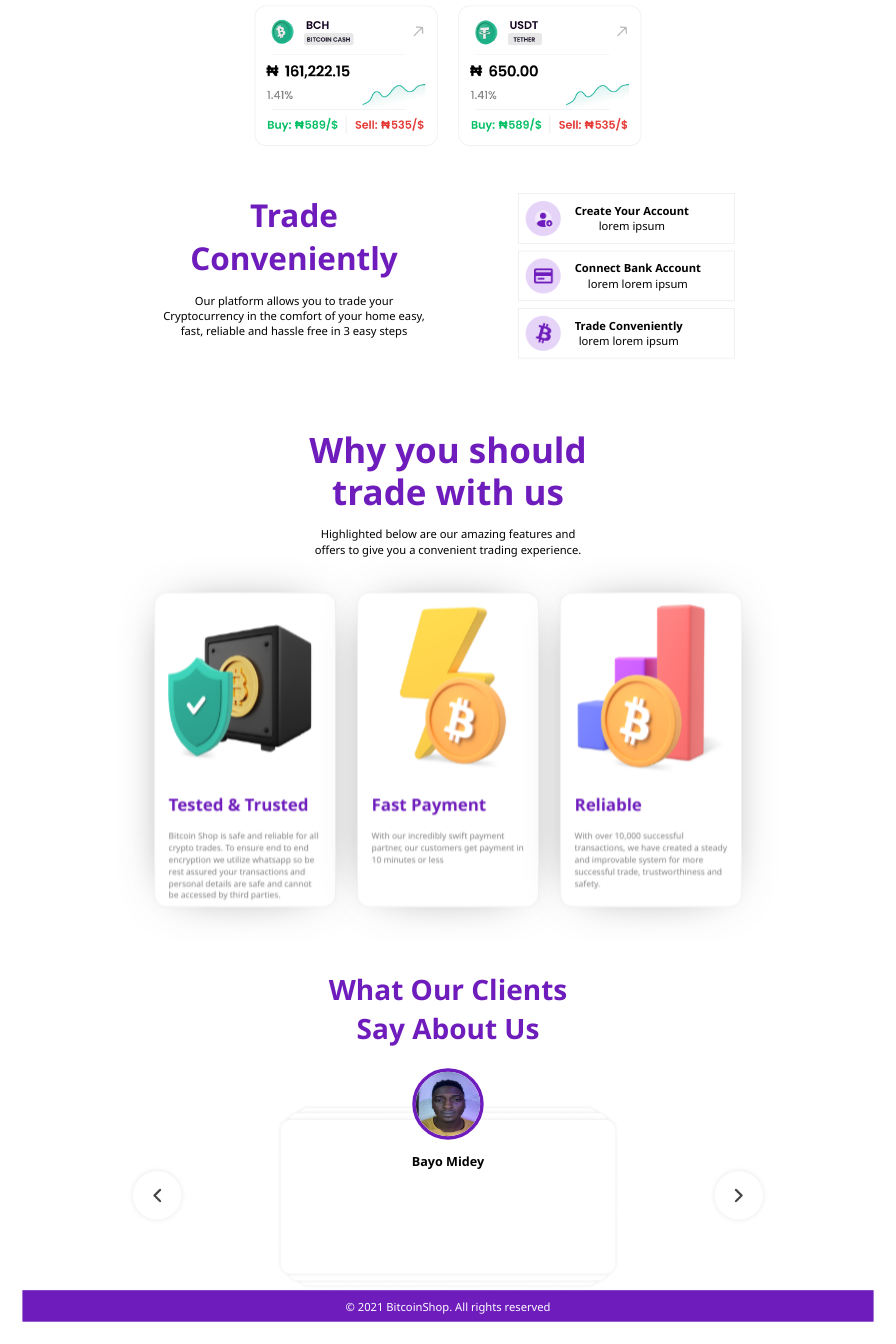
Repository: akinmiday/bitcoinshop-website
Page: /
These files come from the project's save history. The page is drawn as it stood at one moment and after the next save; the edit follows.
The browser window is 1280 px wide. The pictures show the part of the page from y = 823 to 2743 px (the page is 2743 px tall), at 70% of full size.
The project was rebuilt for these pictures with package versions that can differ from the ones it lists, and the page was loaded fresh each time. Also part of the build but not shown: vite.config.js.

Above is the page before, as saved 2023-07-10 20:45:06.

### src/App.jsx
import React from 'react'
import { Route, createBrowserRouter, RouterProvider, createRoutesFromElements } from "react-router-dom"
import './App.css'
import Layout from './components/layout'
import TitlePage from './pages/title'
import Rates from './pages/rates'



const router = createBrowserRouter(createRoutesFromElements(
  <Route path='/' element={<Layout />} >
    <Route index element={<TitlePage />} />
    <Route element={<Rates />} />

  </Route>
))

function App() {

  return (
    <RouterProvider router={router} />
  )
}

export default App

### src/index.css
*{
    margin: 0;
    padding: 0;
    box-sizing: border-box;
    font-family: 'Segoe UI', Tahoma, Geneva, Verdana, sans-serif ;
}

.header{
    display: flex;
    color:#6E1CBC;
    display: flex;
    align-items: center;
    border-bottom: #EAEAEA solid 1px;
    height: 60px;
    flex-shrink: 0;
    justify-content: space-between;
    padding: 20px;
}


.right-side-header{
    display: flex;
    align-items: center;
    font-weight: 500;
}

.right-side-header > img{
    padding: 10px;
    height: 44px;

}

.shop-logo{
    color:#FFCC00 ;
}


.middle-section-header {
    display: flex;
    justify-content: center;
    align-items: center;
    gap: 20px;
}

.right-side-header >button {
    background-color: #6E1CBC;
    color: #ffffff;
    padding: 5px 10px;
    border-radius: 8px;
}

.footer{
    background-color: #6E1CBC;
    color: #ffffff;
    display: flex;
    justify-content: center;
    align-items: center;
    margin-top: auto;
    flex-shrink: 0;
    height: 45px;
}

.title-section{
    display: flex;
    padding: 30px;
    height: 400px;
    justify-content: space-around;

}



.left-side-title{
    width: 450px;
    padding: 20px;
}

.left-side-title > h1{
    color: #6E1CBC;
    font-size: 62px;
    font-style: normal;
    font-weight: 700;
    line-height: 78px;


}

.left-side-title > p{
    font-size: 18px;
    padding: 20px 0;
}

.left-side-title >button{
    color: #ffffff;
    background-color: #6E1CBC;
    padding: 5px 10px;
    border-radius: 7px;
    text-align: center;
}

.rates-section{
    color: #6E1CBC;
    text-align: center;
    font-size: 26px;
}

.rates-section h1 {
    padding: 20px;
}

.rates-section img{
    height: 200px;
}


.top-row-rates-section {
    display: flex;
    justify-content: center;
    margin-bottom: 20px;
    gap: 30px;
  }

  .bottom-row-rates-section {
    display: flex;
    justify-content: center;
    gap: 30px;
  }

  .trade-section{
    margin-top: 30px;
    display: flex;
    justify-content: center;
    align-items: flex-start;
    gap: 110px;
    flex-shrink: 0;
    padding: 20px;
  }

  .left-trade-section{
    width: 400px;

  }

  .left-trade-section h1 {
    color: #6E1CBC;
    font-size: 45px;
    padding: 10px;
  }

  .left-trade-section p{
    padding: 10px;
  }

  .trade-link-section >div{
    display: flex;
    align-items: center;
    width: 310px;
    padding: 10px;
    margin: 10px;
    border: #EAEAEA 1px solid;
  }

  .trade-link-section > div >img{
    height: 50px;
    margin-right: 20px;
  }
  .trade-with-us{
    text-align: center;

    margin-top: 50px;
  }

  .trade-with-us-heading > h1{
    color: #6E1CBC;
    font-size: 50px;
    line-height: 60px;
    padding: 20px;
  }

  .trade-with-us-icon-section{
    display: flex;
    margin-top: 20px;
    padding-top: 30px;
    gap: 30px;
    justify-content: center;
    align-items: center;
    padding-bottom: 20px;
  }

  .trade-with-us-icon-section >div{
    border-radius: 18px;
    border: 1px solid #EAEAEA;
    background: #FFF;
    backdrop-filter: blur(100px);
    width: 260px;
    height: 450px;
    text-align: left;
    box-shadow: -2px 0px 74px -36px rgba(0,0,0,0.71);
    -webkit-box-shadow: -2px 0px 74px -36px rgba(0,0,0,0.71);
    -moz-box-shadow: -2px 0px 74px -36px rgba(0,0,0,0.71);
  }

  .trade-with-us-icon-section div >h2{
    color: #6E1CBC;
    padding: 20px;
  }

  .trade-with-us-icon-section div >p{
    padding: 0 20px;
    font-size: 12px;
    color: #808080;
  }

  .trade-with-us-icon-section img {
    width: 250px;
    height: 250px;
    margin-top: 10px;
  }

  .carousel-area{
    display: flex;
    align-items: center;
    justify-content: center;
    gap: 20px;
    margin-top: 60px;
  }

  .review-section{
    text-align: center;
    margin-top: 50px;
    color: #6E1CBC;
  }

  .review-section h1{
    font-size: 40px;
    padding: 20px;
  }

  .review-card{
    width: 70%;
    position: relative;
    align-items: center;


  }

  .review-card-area {
    position: relative;
    display: flex;
    align-items: center;
    justify-content: center;

  }

  .review-card-area h2{
    position: absolute;
    color: black;
    font-size: 18px;
    top: 70px;

  }

  .review-image{
    border-radius: 102px;
    border: 5px solid #6E1CBC;
    background: url(<path-to-image>), lightgray 50% / cover no-repeat, #C4C4C4;
    width: 102px;
    height: 102px;
    flex-shrink: 0;
    position: absolute;
    top: -50px;

  }

### src/components/layout.jsx
import React from "react";
import { Outlet } from "react-router-dom";
import Header from "./header";
import Footer from "./footer";
import Rates from "../pages/rates";


export default function Layout() {
    return (<>
        <Header />
        <main>
            <Outlet />
        </main>
        <Footer />
    </>)
}

### src/pages/title.jsx
import React from "react";
import groupIcons from "../assets/Group-icons-title.png"
import Rates from "./rates";
import TradeSection from "./tradeSection";
import TradeWithUs from "./tradewithus";
import Reviews from "./reviews";

export default function TitlePage() {
    return (<>
        <div className="title-section" >
            <div className="left-side-title" >
                <h1>Trade your Cryptocurrency</h1>
                <p>Best and reliable platform to trade over 100 cryptocurrencies for your local Fiat</p>
                <button>Get Started</button>
            </div>
            <img src={groupIcons} />
        </div>
        <Rates />
        <TradeSection />
        <TradeWithUs />
        <Reviews />
    </>
    )
}

### src/pages/rates.jsx
import React from "react";
import btcTrend from "../assets/bitcoin-trend-Item.png"
import ethTrend from "../assets/ETH-Trend-Item.png"
import bnbTrend from "../assets/BNB-Trend-Item.png"
import bchTrend from "../assets/BCH-Trend-Item.png"
import usdtTrend from "../assets/USDT-Trend-Item.png"

export default function Rates() {
    return (
        <div className="rates-section">
            <h1>We Offer Superb Rates</h1>
            <div className="top-row-rates-section">
                <div><img src={btcTrend} /></div>
                <div><img src={ethTrend} /></div>
                <div><img src={bnbTrend} /></div>
            </div>
            <div className="bottom-row-rates-section">
                <div><img src={bchTrend} /></div>
                <div><img src={usdtTrend} /></div>
            </div>
        </div>
    );
}

### src/components/header.jsx
import React from "react";
import logoImg from "../assets/bitcoinshop-logo.png"
import lightIcon from "../assets/Light-icon.png"


export default function Header() {
    return (<div className="header" >
        <div className="right-side-header" ><img src={logoImg} />
            <h4>Bitcoin<span className="shop-logo" >Shop</span></h4>
        </div>
        <div className="middle-section-header" >
            <h4>Home</h4>
            <h4>Contact us</h4>
            <h4>About us</h4>
            <h4>FAQs</h4>
            <h4>Terms of Service</h4>
        </div>
        <div className="right-side-header" >
            <img src={lightIcon} />
            <button>Trade now</button>
        </div>


    </div>)
}

### src/components/footer.jsx
import React from "react";

export default function Footer() {
    return (<>
        <div className="footer" >&#169; 2021 BitcoinShop. All rights reserved</div>
    </>)
}

### src/pages/tradeSection.jsx
import React from "react";
import profileIcon from "../assets/profile-icon.png"
import debitCardIcon from "../assets/debit-card-icon.png"
import bitcoinIcon from "../assets/bitcoin-icon.png"

export default function TradeSection() {
    return (
        <div className="trade-section">
            <div className="left-trade-section" >
                <h1>Trade Conveniently</h1>
                <p>Our platform allows you to trade your Cryptocurrency in the comfort of your home
                    easy, fast, reliable and hassle free in 3 easy steps
                </p>
            </div>
            <div className="trade-link-section" >
                <div>
                    <img src={profileIcon} />
                    <div>
                        <h4>Create Your Account</h4>
                        <p>
                            lorem ipsum
                        </p>
                    </div>
                </div>

                <div>
                    <img src={debitCardIcon} />
                    <div>
                        <h4>Connect Bank Account</h4>
                        <p>
                            lorem lorem ipsum
                        </p>
                    </div>
                </div>

                <div>
                    <img src={bitcoinIcon} />
                    <div>
                        <h4>Trade Conveniently</h4>
                        <p>
                            lorem lorem ipsum
                        </p>
                    </div>
                </div>
            </div>
        </div>
    )
}

### src/pages/tradewithus.jsx
import React from "react";
import securedIcon from "../assets/secured.png"
import fastPaymentIcon from "../assets/fast-payment.png"
import reliableIcon from "../assets/reliable.png"

export default function TradeWithUs() {
    return (
        <div className="trade-with-us" >
            <div className="trade-with-us-heading" >
                <h1>Why you should <br /> trade with us</h1>
                <p>Highlighted below are our amazing features and <br /> offers
                    to give you a convenient trading experience.
                </p>
            </div>
            <div className="trade-with-us-icon-section" >
                <div>
                    <img src={securedIcon} />
                    <h2>Tested & Trusted</h2>
                    <p>Bitcoin Shop is safe and reliable for all crypto trades. To ensure end to end encryption we utilize whatsapp
                        so be rest assured your transactions and personal details are safe and cannot be accessed by third parties.
                    </p>
                </div>
                <div>
                    <img src={fastPaymentIcon} />
                    <h2>Fast Payment</h2>
                    <p>With our incredibly swift payment partner, our customers get payment in 10 minutes or less</p>
                </div>
                <div>
                    <img src={reliableIcon} />
                    <h2>Reliable</h2>
                    <p>With over 10,000 successful transactions, we have created a steady and improvable system for more successful trade,
                        trustworthiness and safety.
                    </p>
                </div>
            </div>
        </div>
    )
}

### src/pages/reviews.jsx
import React from "react";
import reviewCard from "../assets/review-card.png"
import toRightIcon from "../assets/to-right-carousel.png"
import toLeftIcon from "../assets/to-left-carousel.png"
import profileIcon from "../assets/test-.jpeg"

export default function Reviews() {
    return (
        <div className="review-section" >
            <h1>What Our Clients<br />Say About Us</h1>

            <div className="carousel-area" >
                <div>
                    <img src={toLeftIcon} />
                </div>
                <div className="review-card-area" >
                    <img className="review-card" src={reviewCard} />
                    <img className="review-image" src={profileIcon} />
                    <h2>Bayo Midey</h2>

                </div>
                <div>
                    <img src={toRightIcon} />
                </div>
            </div>

        </div>
    )
}

Loaded but not shown: src/main.jsx (common file); src/App.css (common file)

After the next save:
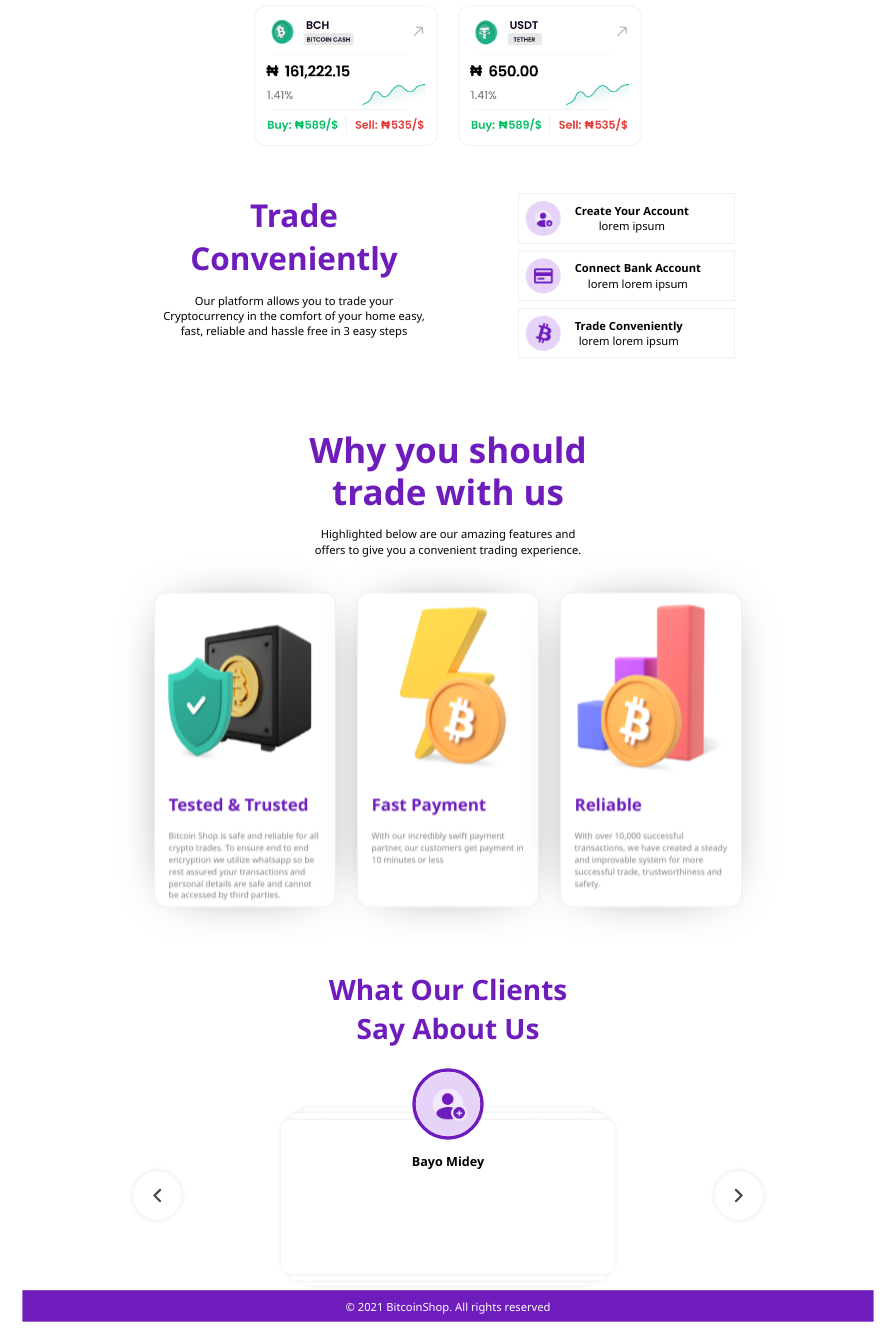
Saved 16 s later.
--- a/src/pages/reviews.jsx
+++ b/src/pages/reviews.jsx
@@ -2,7 +2,7 @@
 import reviewCard from "../assets/review-card.png"
 import toRightIcon from "../assets/to-right-carousel.png"
 import toLeftIcon from "../assets/to-left-carousel.png"
-import profileIcon from "../assets/test-.jpeg"
+import profileIcon from "../assets/profile-icon.png"
 
 export default function Reviews() {
     return (
